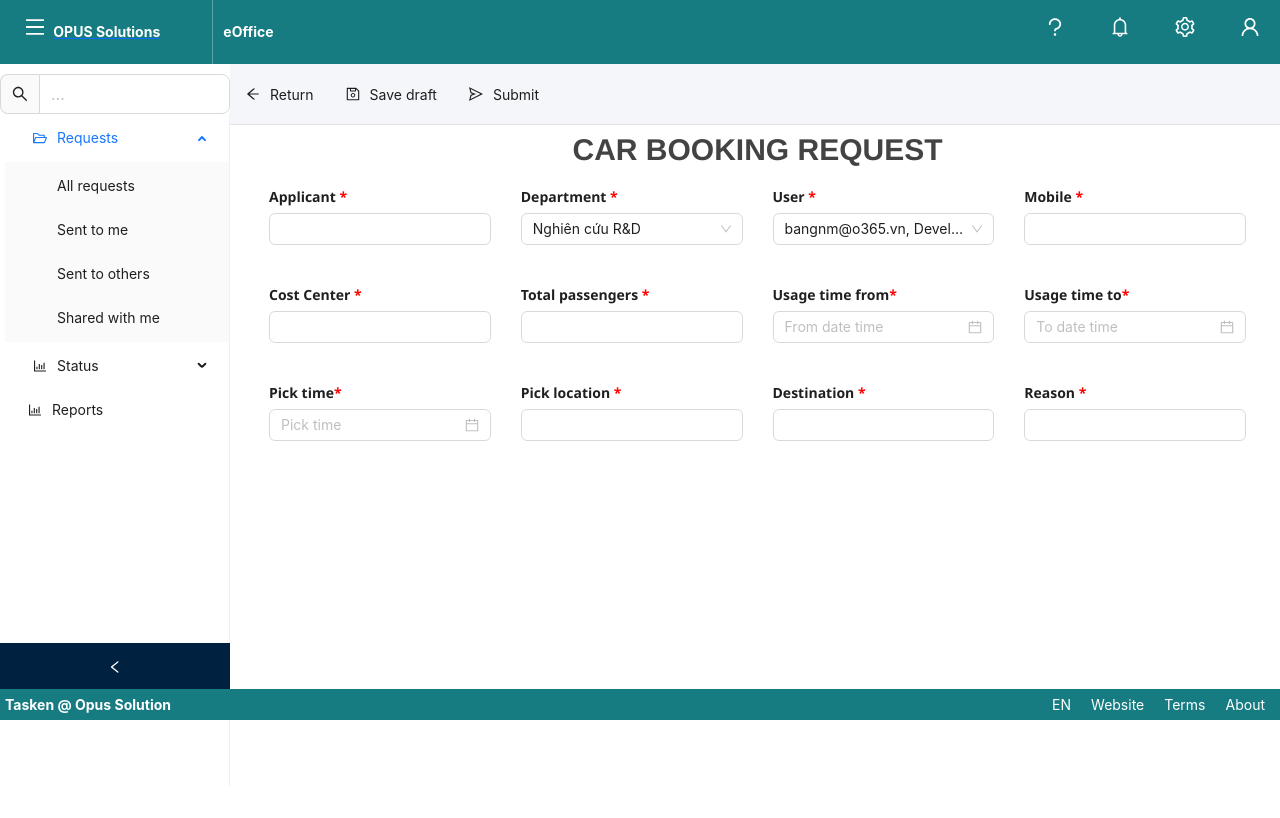
Repository: vannam272008/car-booking
Page: /request/addrequest
The author's editor kept a copy of each file at every save. The page is drawn from the files as they stood at one save, then again after the next save.
The browser window is 1280 px wide. The pictures show the whole page.
The project was rebuilt for these pictures with package versions that can differ from the ones it lists, and the page was loaded fresh each time. Also part of the build but not shown: src/Components/DetailRequest/Comments/comment.css, src/Components/DetailRequest/Comments/comment.tsx, src/Components/DetailRequest/Menu/menu.tsx, src/Components/DetailRequest/Detail/detail.tsx, src/Pages/ManageRequest/index.css, src/Pages/ManageRequest/ManageRequest.tsx. Imported but missing from the stored project, and not drawn on this page: src/Pages/Home.

Above is the page before, as saved 2023-07-06 16:12:37.

### src/index.tsx
import React from 'react';
import ReactDOM from 'react-dom/client';
import './index.css';
import App from './App';
import reportWebVitals from './reportWebVitals';
import { BrowserRouter } from 'react-router-dom';
import { Provider } from 'react-redux';
import { configureStore } from '@reduxjs/toolkit';
import requestReducer from './Reducers/requestReducer';
import { store } from './Store/store';


const root = ReactDOM.createRoot(
  document.getElementById('root') as HTMLElement
);
root.render(
  <Provider store={store}>
    <React.StrictMode>
      <BrowserRouter>
        <App />
      </BrowserRouter>
    </React.StrictMode>
  </Provider>
);

// If you want to start measuring performance in your app, pass a function
// to log results (for example: reportWebVitals(console.log))
// or send to an analytics endpoint. Learn more: https://bit.ly/CRA-vitals
reportWebVitals();

### src/App.tsx
import { Route, Routes } from 'react-router-dom';
import './App.css';
import Home from './Pages/Home';
import DetailRequest from './Components/DetailRequest/Detail/detail';
import ManageRequest from './Pages/ManageRequest/ManageRequest';
import AddRequest from './Components/AddRequest/AddRequest';


function App() {
  return (
    <Routes>
      <Route path="/" element={<Home />} />
      <Route path="/request/carbooking" element={<ManageRequest />} />
      <Route path="/request/detail" element={<DetailRequest />} />
      <Route path='/request/addrequest' element={<AddRequest />} />
      {/* <Route path="/employee/create" element={<AddEmployee />} />
        <Route path="/department/create" element={<AddDepartment />} /> */}
    </Routes>
  );
}

export default App;

### src/Store/store.ts
import requestReducer from "../Reducers/requestReducer";
import { configureStore, createStore } from "@reduxjs/toolkit";


// export const store = configureStore({
//     reduder: {
//         request: requestReducer
//     }
// });

export const store = createStore(requestReducer);

### src/Reducers/requestReducer.ts
// interface RequestState {
//     requestList: string[]
// }

const initState = {
    requestList: [],
    success: true,
}

const requestReducer = (state = initState, action: { type: any; payload: any }) => {
    switch (action.type) {
        case 'SET_REQUEST_LIST':
            return {
                ...state,
                requestList: action.payload,
                success: false
            }
        default:
            return state
    }
}

export default requestReducer

### src/Components/RequestLayout/index.jsx
import React, { useState } from 'react';
import { LaptopOutlined, NotificationOutlined, UserOutlined } from '@ant-design/icons';
import { Layout, theme } from 'antd';
import AppHeader from '../../Components/AppHeader';
import AppSider from '../../Components/AppSider';
import AppFooter from '../../Components/AppFooter';

import "./RequestLayout.scss";

const { Content } = Layout;

const RequestLayout = ({ profile, children }) => {
    const {
        token: { colorBgContainer },
    } = theme.useToken();

    return (
        <div className='manage-request'>
            <AppHeader />
            <Content>
                <Layout style={{ padding: '24px 0', background: colorBgContainer }}>
                    <AppSider profile={profile} />
                    <Layout style={{ padding: '24px 0', background: colorBgContainer }}>
                        <Content style={{ padding: '0 24px', minHeight: 280 }}>
                            {children()}
                        </Content>
                    </Layout>
                </Layout>
            </Content>
            <AppFooter />
        </div>


    );
};

export default RequestLayout;

### src/Components/DetailRequest/Detail/detail.css
*{
    box-sizing: border-box;
  }
  .required {
    color: red;
  }
  .page-request{
    min-height: calc(100vh - 83px);
    transition: all 0.3s;
    background-color: #ffffff;
    font-family: "Helvetica Neue",Helvetica,Arial,sans-serif;
    font-size: 14px;
    line-height: 1.42857143;
    color: #333;
    background-color: #fff;
  }
  .page-content{
    margin-top: 85px;
    margin-right: -20px;
    padding-right: 15px;
  }
  .info-request > p{
    width: 100%;
    font-weight: 700;
  }

  /* .table-request > p{
    font-size: 1.1em;
    font-weight: 300;
    line-height: 1.7em;
    color: #130e0e;
    margin: 0 0 10px;
    display: block;
    margin-block-start: 1em;
    margin-block-end: 1em;
    margin-inline-start: 0px;
    margin-inline-end: 0px;
  } */

  .title-request{
    color: #434343;
    text-align: center;
    font-size: 30px;
    margin-top: 20px;
    margin-bottom: 20px;
    font-family: inherit;
    font-weight: 500;
    line-height: 1.1;
    font-weight: 700;

  }

  .table-content{
    font-family: "Segoe UI";
    font-size: 14px;
    line-height: 1.42857143;
  }

  /* .row1-request  {

  } */
  /* .row-request .Row .Col  {
    width: 100%;
  } */

  .col-request{
    margin-bottom: 15px;
    position: relative;
    min-height: 1px;
    padding-right: 15px;
    padding-left: 15px;
  }

  .col-request > label{
    display: inline-block;
    max-width: 100%;
    margin-bottom: 5px;
    font-weight: 700;
    cursor: default;
    font-family: "Segoe UI";
  }
  .attention-radio{
    margin-top: 30px;
    margin-bottom: 30px;
    font-family: "Segoe UI";
  }

  .attention-radio > p{
    font-size: 1.1em;
    font-weight: 300;
    line-height: 1.7em;
    color: #130e0e;
  }

  /* .Attachment > b{
    font-weight: 700;
  } */
  .approver{
    margin-bottom: 15px;
    position: relative;
    min-height: 1px;
    padding-right: 15px;
    padding-left: 15px;
  }

  .approvers > p{
    font-size: 1.1em;
    font-weight: 300;
    line-height: 1.7em;
    color: #130e0e;
    margin: 0 0 10px;
  }

  .approver > label{
    display: inline-block;
    max-width: 100%;
    margin-bottom: 5px;
    font-weight: 700;
    cursor: default;
  }

### src/Components/AddRequest/MenuAdd/index.tsx
import React from 'react';
import { Menu } from 'antd';
import {
    ArrowLeftOutlined,
    SaveOutlined,
    SendOutlined
} from '@ant-design/icons';
import './menuAdd.css'

function MenuAdd(): JSX.Element {
    return (
        <div>
            <Menu mode="horizontal" className='fixed-menu '>
                <Menu.Item key="return" icon={<ArrowLeftOutlined />}>
                    Return
                </Menu.Item>
                <Menu.Item key="savedraft" icon={<SaveOutlined />}>
                    Save draft
                </Menu.Item>
                <Menu.Item key="submit" icon={<SendOutlined />}>
                    Submit
                </Menu.Item>
            </Menu>
        </div>
    );
}

export default MenuAdd;

### src/Components/AddRequest/AddRequest/addRequest.css
.form-add-request{

}

### src/Components/DetailRequest/Menu/menu.css
.fixed-menu {
    position: fixed;
    top: 64px;
    width: 100%;
    z-index: 999;
    border-bottom: 1px solid #e1e1e1;
    border-top-left-radius: 0;
    background-color: rgb(245,246,250);
    min-height: 61px;
    display: flex;
    align-items: center;
    flex-wrap: wrap;
    margin-left: -24px;
}

.fixed-menu .Menu.Item {
    white-space: nowrap;
    margin: 0 10px;
    color: #8894A1;
    font-weight: 500;
    text-decoration: none;
    outline: none;
    transition: all 0.3s;
    cursor: pointer;
    background-color: transparent;
}

### src/Components/AppSider/index.tsx
import React, { useState } from 'react';
import type { MenuProps } from 'antd';
import { Layout, Menu, theme, Space } from 'antd';
import { Input } from 'antd';

import { FolderOpenOutlined, BarChartOutlined, SearchOutlined, SettingOutlined } from '@ant-design/icons';
import "./AppSider.scss";



const { Sider } = Layout;

type MenuItem = Required<MenuProps>['items'][number];

function getItem(
    label: React.ReactNode,
    key: React.Key,
    icon?: React.ReactNode,
    children?: MenuItem[],
    type?: 'group',
): MenuItem {
    return {
        key,
        icon,
        children,
        label,
        type,
    } as MenuItem;
}



const AppSider = (props: any) => {

    const items: MenuProps['items'] = [
        getItem('Requests', 'requests', <FolderOpenOutlined />, [
            getItem('All requests', 'all-request'),
            getItem('Sent to me', 'sent-to-me'),
            getItem('Sent to others', 'sent-to-others'),
            getItem('Shared with me', 'shared-with-me'),
        ]),

        getItem('Status', 'status', <BarChartOutlined />, [
            getItem('Draft', 'draft'),
            getItem('Approving', 'approving'),
            getItem('Approved', 'approved'),
            getItem('Rejected', 'rejected'),
        ]),

        getItem('Reports', 'reports', <BarChartOutlined />),

    ];

    const profileItems: MenuProps['items'] = [

        getItem('Setting', 'setting', <SettingOutlined />),

    ];

    const [openItem, setOpenItem] = useState('requests');

    const handleClick: MenuProps['onClick'] = (e) => {
        console.log('click ', e);
    };
    const [collapsed, setCollapsed] = useState(false);
    const {
        token: { colorBgContainer },
    } = theme.useToken();
    return (
        <Sider collapsible collapsed={collapsed} onCollapse={(value) => setCollapsed(value)} style={{ background: colorBgContainer }} width={230}>
            <Space.Compact size="large">
                <Input addonBefore={<SearchOutlined />} placeholder="..." />
            </Space.Compact>
            <Menu
                mode="inline"
                defaultSelectedKeys={[openItem]}
                defaultOpenKeys={['requests']}
                openKeys={[openItem]}
                style={{ height: '100%' }}
                items={props.profile ? profileItems : items}
                onClick={handleClick}
                onOpenChange={(openKey) => {
                    setOpenItem(openKey[1])
                }}
            />
        </Sider>


    )
}

export default AppSider;

### src/Components/AppFooter/index.tsx
import { Layout } from 'antd';
import "./AppFooter.scss";

const { Footer } = Layout

const AppFooter = () => {
    return (
        <Footer className='mcs-footer'>
            <div>
                <span className='footer-left'><b>Tasken @ Opus Solution</b></span>
                <div className='footer-right'>
                    <span>EN</span>
                    <span>Website</span>
                    <span>Terms</span>
                    <span>About</span>
                </div>
            </div>

        </Footer>)
}

export default AppFooter;

### src/Components/AppHeader/AppHeader.scss
.mcs-header {
    position: fixed;
    z-index: 1001;
    align-items: center;
    background-color: #167c82;
    width: 100%;
    padding-inline: 0;

    & .row-header {
        align-items: center;

        & .btn-menu {
            border: none;
            background-color: #167c82;
            color: white;
            font-size: 20px;
            margin-left: 10px;
        }
    }

    & .col-logo {
        width: 100%;
        border-right: 1px solid rgba(255, 255, 255, 0.3);


        & p {
            width: 100%;
            color: white;
            display: contents;
        }
    }

    & .col-label {
        padding-left: 10px;
        width: 100%;


        & p {
            width: 100%;
            color: white;
            display: contents;
        }
    }

    & .col-function {
        & .group-btn {
            float: right;

            & .btn-item {
                font-size: 20px;
                margin-left: 5px;
                margin-right: 5px;
                border: none;
                background-color: #167c82;
                color: white;

                margin-left: 10px;
            }

        }
    }







}

.ant-dropdown {

    & .dropdown-help {
        display: block;
        right: 0;
        top: 50px;
        width: 320px;
        height: calc(100vh - 84px);
        background-color: #fff;
        border: 1px solid #c8c8c8;

        & .title-dropdown {
            border-bottom: 1px solid #ddd;
            padding-bottom: 5px;
            padding-top: 5px;

            & span {
                margin-left: 10px;
                font-size: 25px;
            }

            & .btn-close {
                font-size: 20px;
                margin-left: 5px;
                margin-right: 5px;
                border: none;
                background-color: white;
                color: black;
                float: right;
            }
        }

        & .content-dropdown {
            display: block;
            margin-top: 10px;




            & .account-info {
                & img {
                    margin-left: 10px;
                    float: left;
                    width: 64px;
                    height: 64px;
                }

                & .info-name {
                    margin-left: 10px;
                    float: left;
                    font-size: 20px;
                }

                & .info-email {
                    margin-left: 10px;
                    font-style: italic;
                }
            }

            .content-info {
                border-top: 1px solid #ddd;
                margin-top: 20px;

                & span {
                    font-size: 20px;
                    margin-left: 10px;
                }

                & p {
                    color: #4BA747;
                    margin-left: 25px;
                }
            }

            & span {
                font-size: 20px;
                margin-left: 10px;
            }

            & p {
                color: #4BA747;
                margin-left: 25px;
            }


        }




    }
}

// .logo {
//     width: 200px;
//     height: 100px;
// }

// .header {
//     background-color: #fff;
//     height: 100px;
//     line-height: 100px;
//     padding: 0;
// }

// .header-name {
//     font-family: 'Segoe UI';
//     font-size: 16px;
//     font-weight: 700;
//     color: #0273bb;
// }

// .header-homepage {
//     font-family: 'Segoe UI';
//     font-size: 16px;
//     font-weight: 700;
//     color: #0273bb;
//     float: right;
//     padding-right: 50px;
//     position: relative;
//     top: -100px;
// }

// .logo-name {
//     display: flex;
// }


/* Extra small devices (phones, 600px and down) */
@media only screen and (max-width: 600px) {
    .header-homepage {
        display: none;
    }

    .header-name {
        font-size: 10px;
    }
}

/* Small devices (portrait tablets and large phones, 600px and up) */
@media only screen and (min-width: 600px) {}

/* Medium devices (landscape tablets, 768px and up) */
@media only screen and (min-width: 768px) {}

/* Large devices (laptops/desktops, 992px and up) */
@media only screen and (min-width: 992px) {}

/* Extra large devices (large laptops and desktops, 1200px and up) */
@media only screen and (min-width: 1240px) {}

### src/Components/AppSider/AppSider.scss
.ant-layout {
        & li {
                padding-left: 5px;
        }

        & .ant-layout-sider {
                position: sticky;
                left: 0;
                margin-top: 50px;



        }

        & .ant-layout-sider-children {}

        & .ant-layout-sider-trigger {
                margin-bottom: 29px;
        }
}

### src/Components/AppFooter/AppFooter.scss
.mcs-footer {
    background-color: #167c82;
    color: #fff;
    position: fixed;
    width: 100%;
    bottom: 0;
    padding: 5px;

    & .footer-left {
        float: left;
    }

    & .footer-right {
        float: right;

        & span {
            padding-left: 10px;
            padding-right: 10px;
        }
    }
}

Loaded but not shown: public/index.html (common file); src/index.css (common file); src/reportWebVitals.ts (common file); src/App.css (common file); src/Components/AddRequest/AddRequest/index.tsx (183 lines, source omitted); src/Components/AppHeader/index.tsx (200 lines, source omitted); src/Components/AddRequest/MenuAdd/menuAdd.css (no stored copy; drawn as an empty file); src/Components/RequestLayout/RequestLayout.scss (no stored copy; drawn as an empty file)

After the next save:
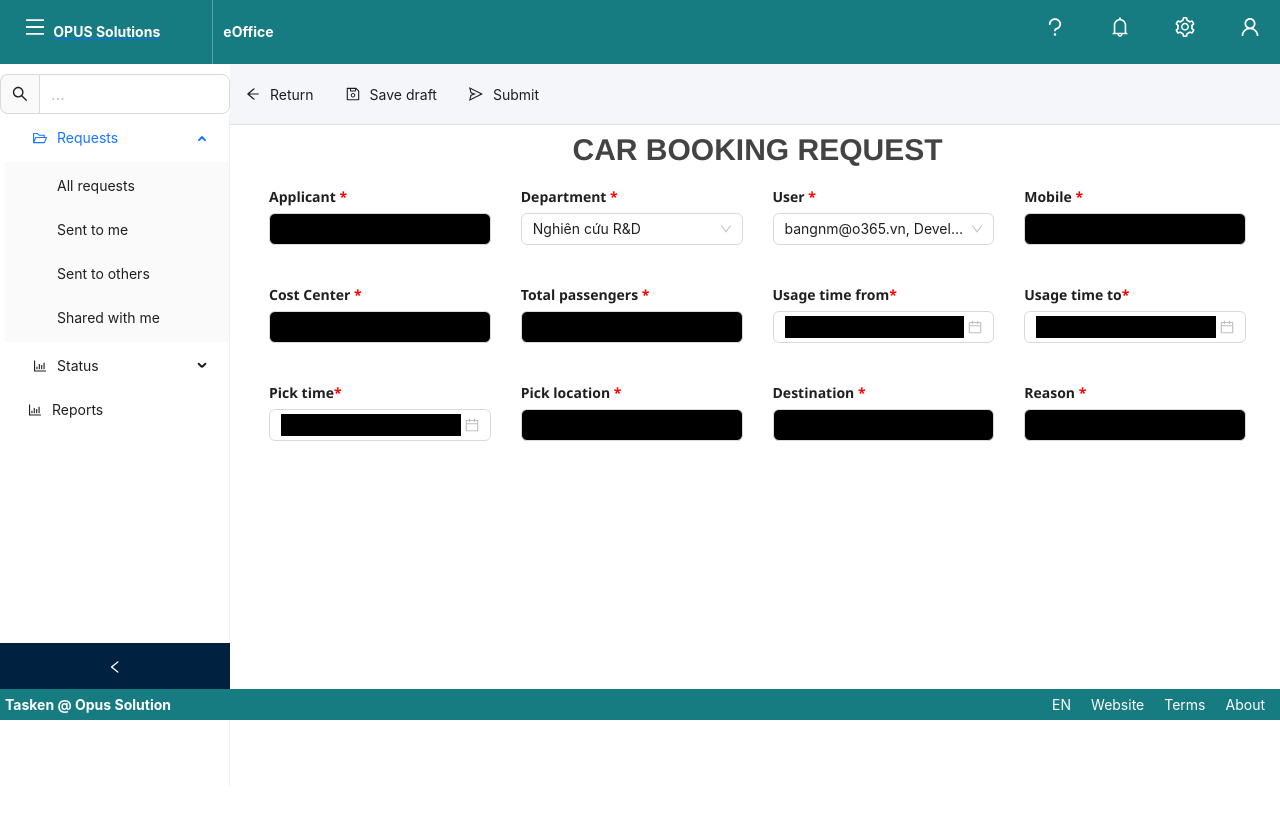
Saved 3 min 59 s later.
--- a/src/Components/AddRequest/AddRequest/addRequest.css
+++ b/src/Components/AddRequest/AddRequest/addRequest.css
@@ -1,3 +1,3 @@
-.form-add-request{
-
+.row-request .col-request Input{
+    background-color: black;
 }

After the save that followed:
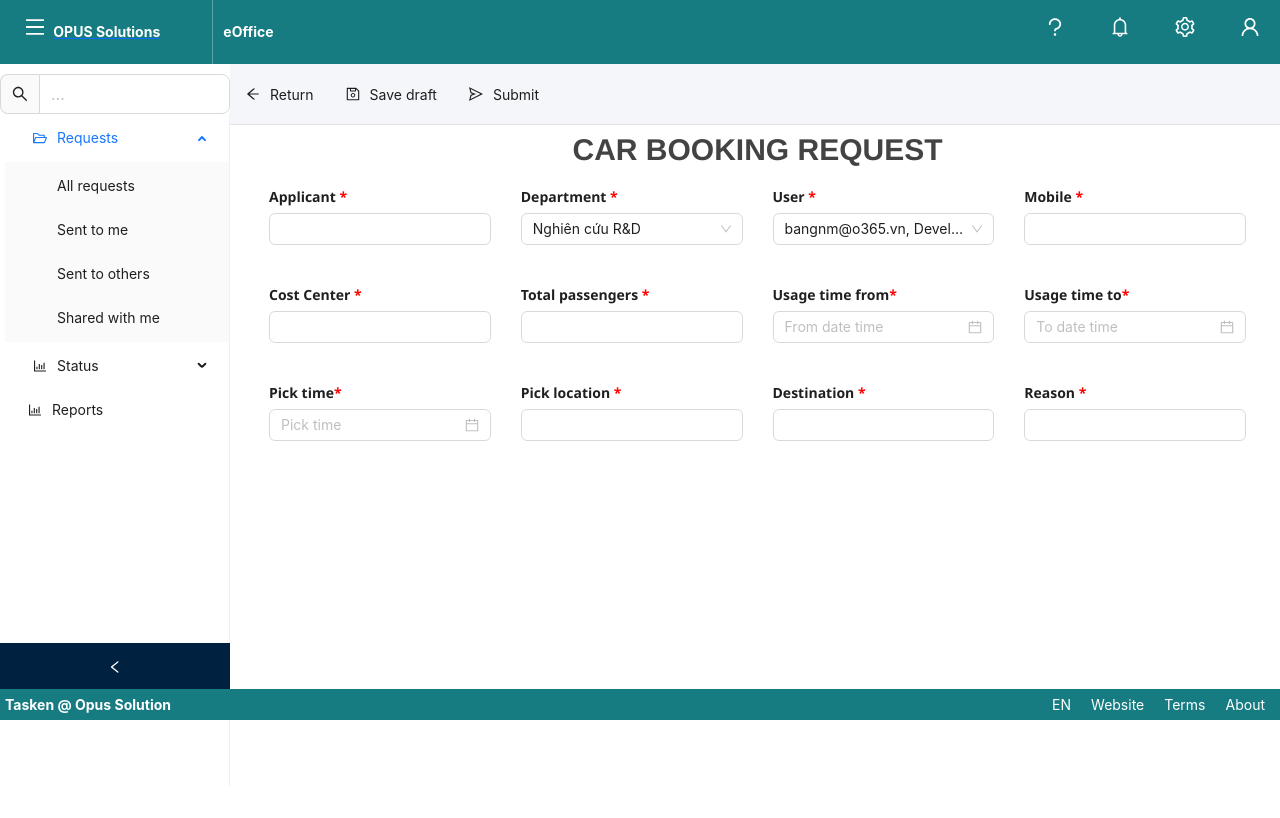
Saved 17 s later.
--- a/src/Components/AddRequest/AddRequest/addRequest.css
+++ b/src/Components/AddRequest/AddRequest/addRequest.css
@@ -1,3 +1,3 @@
 .row-request .col-request Input{
-    background-color: black;
+
 }
